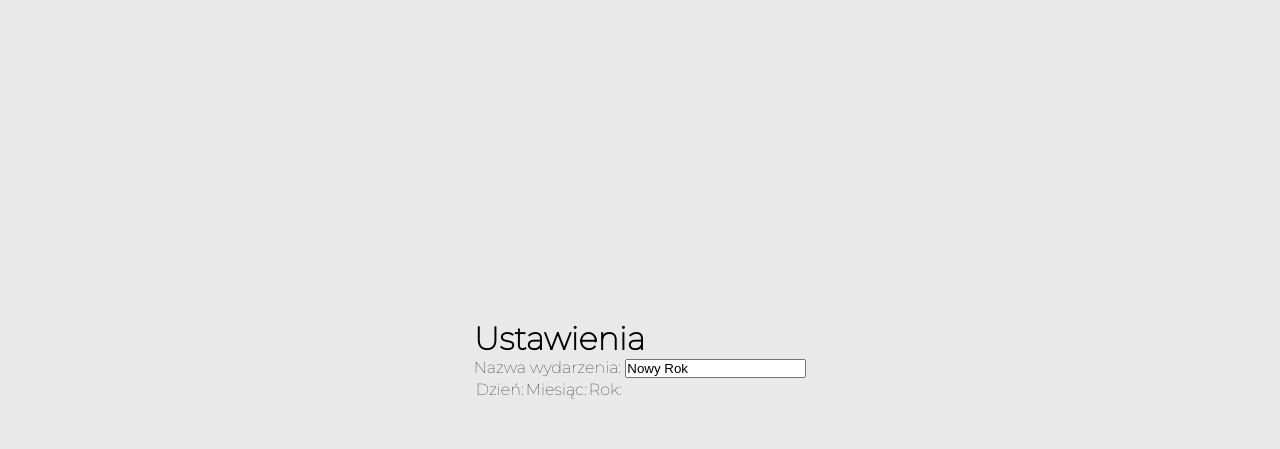
Repository: KrzysKolo/Projekt-8_Czasomierz
Page: index.html
These files come from the project's save history. The page is drawn as it stood at one moment and after the next save; the edit follows.
The browser window is 1280 px wide. The pictures show the whole page.
Some web libraries are served in a nearby version.

Above is the page before, as saved 2020-07-19 05:15:54.

### index.html
<!DOCTYPE html>
<html lang="en">
  <head>
    <meta charset="UTF-8" />
    <meta name="viewport" content="width=device-width, initial-scale=1.0" />
    <script
      src="https://kit.fontawesome.com/21efeaf281.js"
      crossorigin="anonymous"
    ></script>
    <link
      href="https://fonts.googleapis.com/css2?family=Montserrat:wght@100&display=swap"
      rel="stylesheet"
    />
    <link rel="stylesheet" href="/css/style.css" />
    <title>Projekt 9</title>
  </head>
  <body>
    <main class="counter-app">
      <div class="settings active">
        <h1>Ustawienia</h1>
        <label for="event-name">Nazwa wydarzenia: </label>
        <input type="text" id="event-name" value="Nowy Rok" />
        <table class="date">
          <tr>
            <td><label for="event-day">Dzień:</label></td>
            <td><label for="event-month">Miesiąc:</label></td>
            <td><label for="event-year">Rok:</label></td>
          </tr>
        </table>
      </div>
    </main>
    <script src="./js/index.js"></script>
  </body>
</html>

### css/style.css
* {
  box-sizing: border-box;
  margin: 0;
  padding: 0;
}
body {
  display: flex;
  justify-content: center;
  align-items: center;
  min-height: 100vh;
  font-family: "Montserrat", sans-serif;
  background-color: rgb(233, 233, 233);
}

Loaded but not shown: js/index.js (no copy from this time; the picture is the same without it)

After the next save:
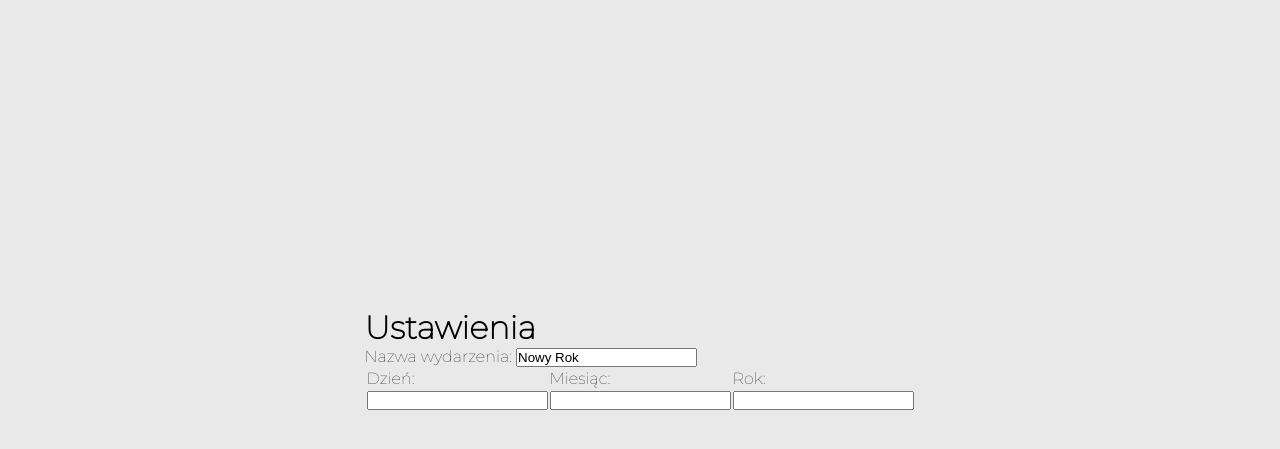
Saved 4 min 26 s later.
--- a/index.html
+++ b/index.html
@@ -26,6 +26,11 @@
             <td><label for="event-month">Miesiąc:</label></td>
             <td><label for="event-year">Rok:</label></td>
           </tr>
+          <tr>
+            <td><input type="number" id="event-day" /></td>
+            <td><input type="number" id="event-month" /></td>
+            <td><input type="number" id="event-year" /></td>
+          </tr>
         </table>
       </div>
     </main>
